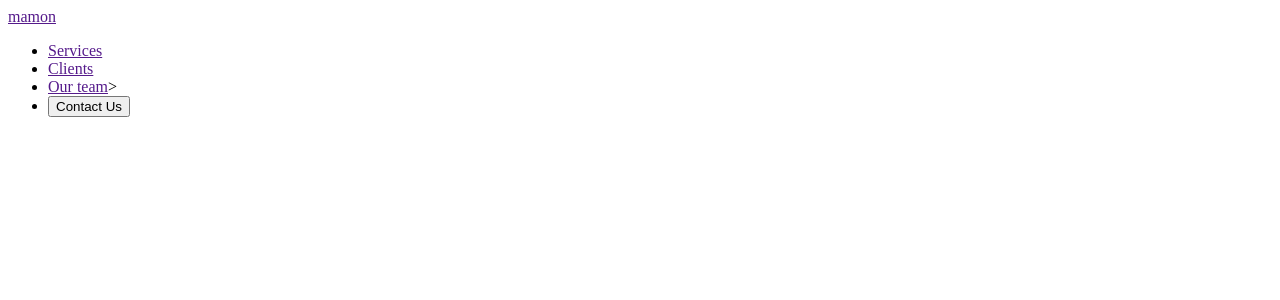
Repository: Vitalii23081984/testHGC
Page: index.html
These files come from the project's save history. The page is drawn as it stood at one moment and after the next save; the edit follows.
The browser window is 1280 px wide. The pictures show the whole page.

Above is the page before, as saved 2022-11-20 09:18:32.

After the next save:
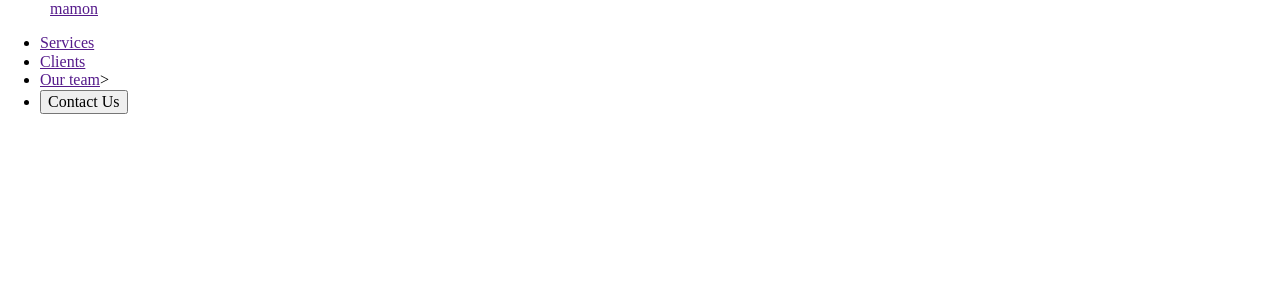
Saved 5 s later.
--- a/index.html
+++ b/index.html
@@ -5,6 +5,8 @@
     <meta http-equiv="X-UA-Compatible" content="IE=edge">
     <meta name="viewport" content="width=device-width, initial-scale=1.0">
     <title>Mamon</title>
+    <link rel="stylesheet" href="https://cdnjs.cloudflare.com/ajax/libs/normalize/8.0.1/normalize.css">
+    <link rel="stylesheet" href="css/style.css">
 </head>
 <body>
     <header>
